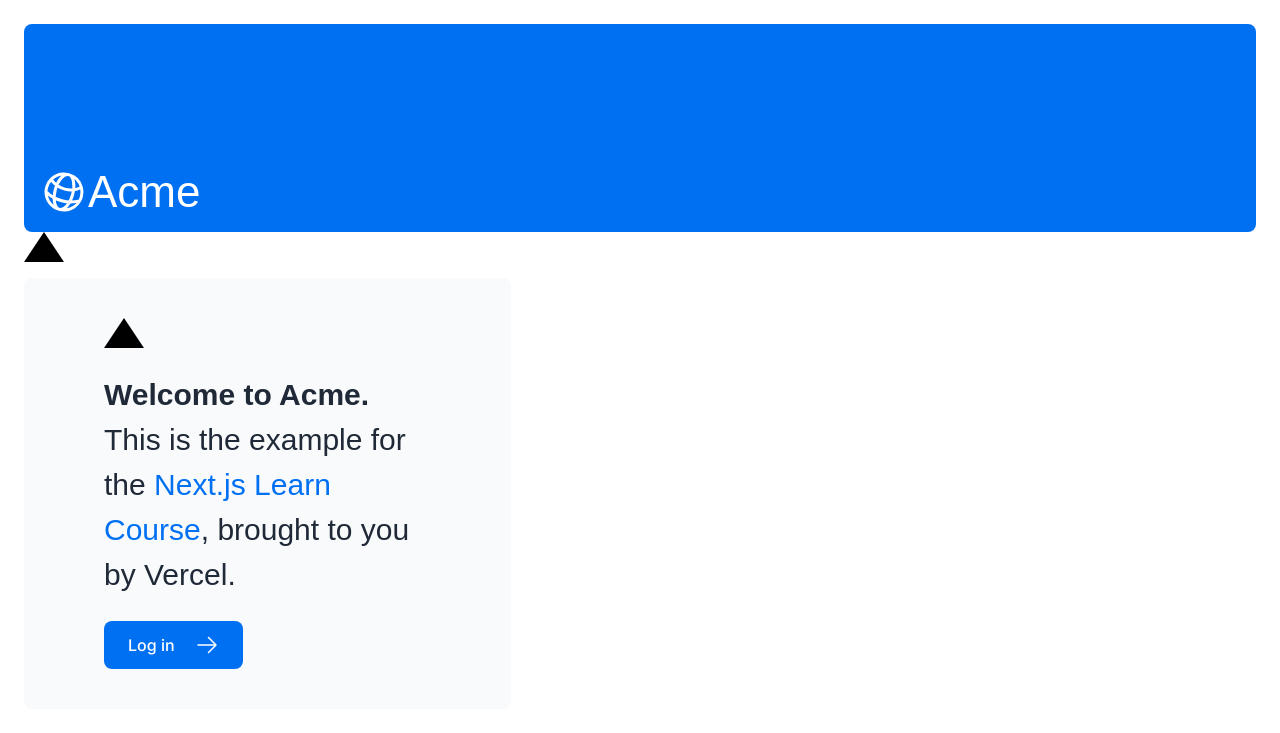
Repository: starsky886/nextjs-dashboard
Page: /
These files come from the project's save history. The page is drawn as it stood at one moment and after the next save; the edit follows.
The browser window is 1280 px wide. The pictures show the whole page.
Some web fonts or font styles are not loaded; a fallback is used. The project was rebuilt for these pictures with package versions that can differ from the ones it lists, and the page was loaded fresh each time. The framework's server and built-in components were replaced by stand-ins that run in the browser. Also part of the build but not shown: next.config.js.

Above is the page before, as saved 2024-03-26 20:24:15.

After the next save:
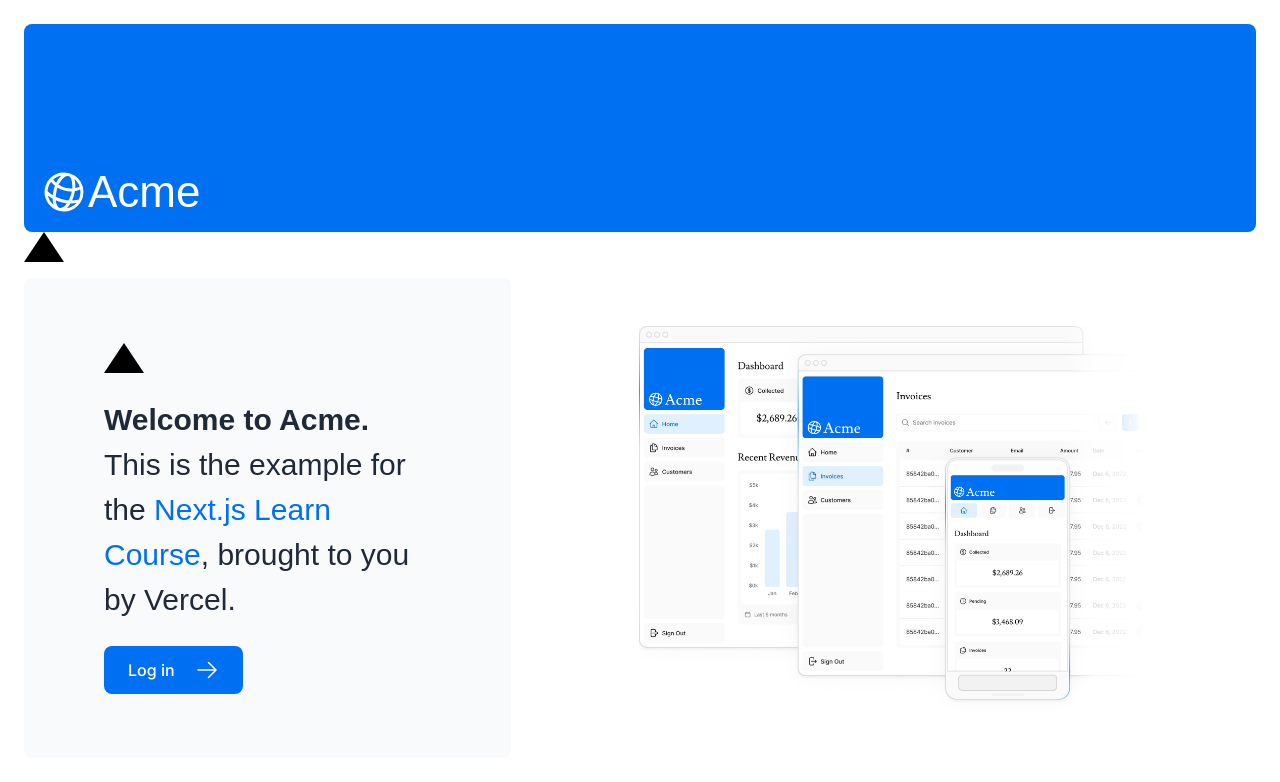
Saved 2 min 43 s later.
--- a/app/page.tsx
+++ b/app/page.tsx
@@ -31,6 +31,15 @@
         </div>
         <div className="flex items-center justify-center p-6 md:w-3/5 md:px-28 md:py-12">
           {/* Add Hero Images Here */}
+          <Image
+          src="/hero-desktop.png"
+          width={1000}
+          height={760}
+          className='hidden md:block'
+          alt="Screenshots of the dashboard project showing desktop version"
+          >
+
+          </Image>
         </div>
       </div>
     </main>
